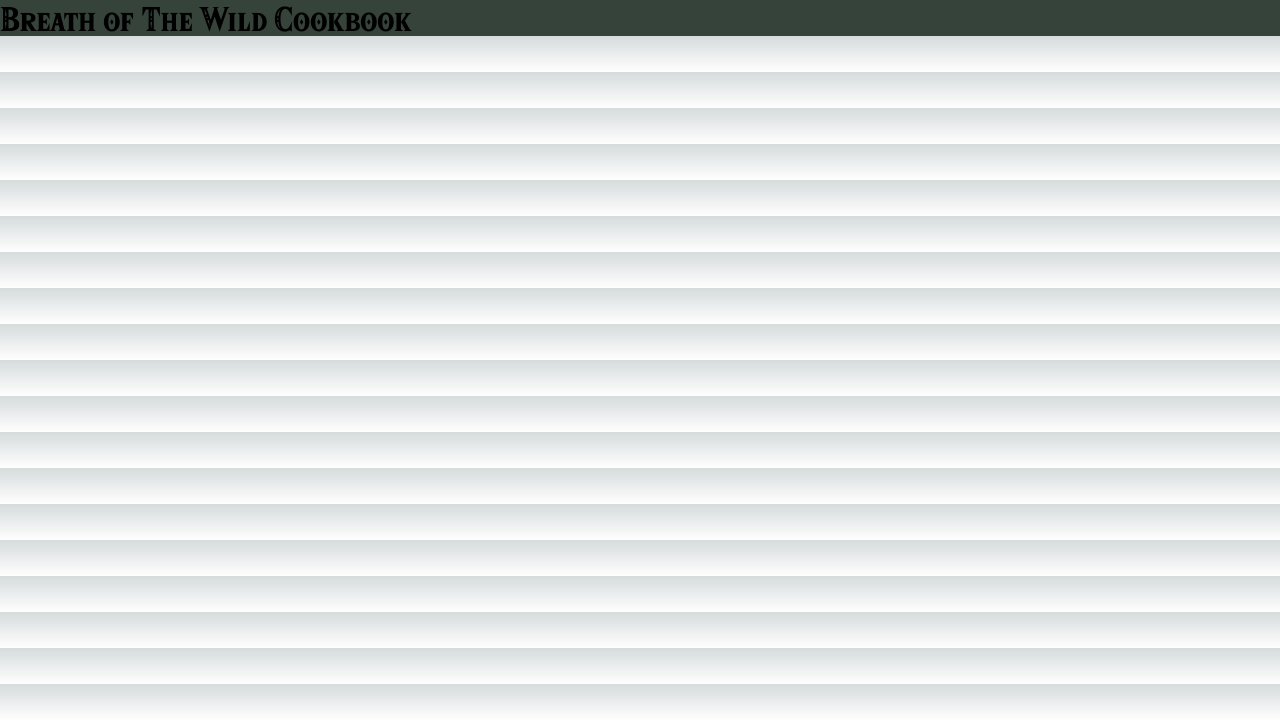
Repository: YanceMcFinn/Breath-of-The-Wild-Cookbook
Page: /
The author's editor kept a copy of each file at every save. The page is drawn from the files as they stood at one save, then again after the next save.
The browser window is 1280 px wide. The pictures show the whole page.
The page's requests for data from a server got no answer. The project was rebuilt for these pictures with package versions that can differ from the ones it lists, and the page was loaded fresh each time. The framework's server and built-in components were replaced by stand-ins that run in the browser. No one was signed in, and anything a server would have sent is missing. Also part of the build but not shown: next.config.js, src/app/components/Card.tsx.

Above is the page before, as saved 2023-08-16 13:35:04.

After the next save:
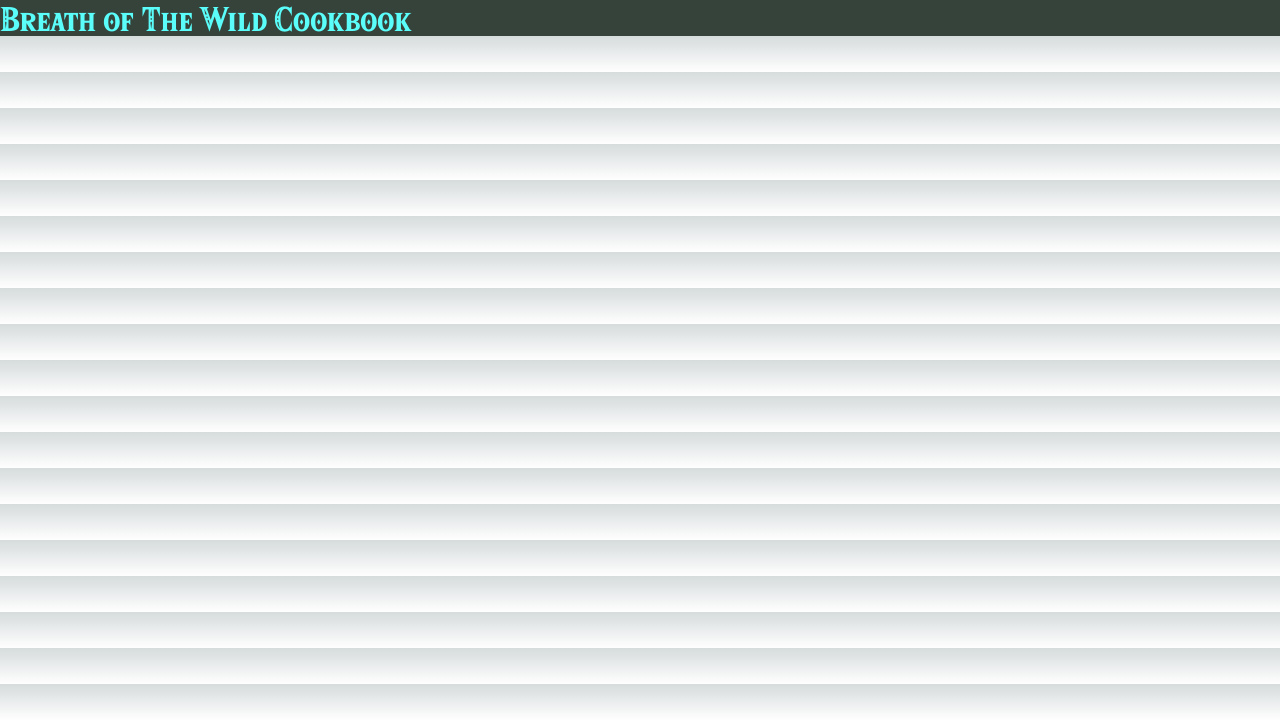
Saved 73 s later.
--- a/src/app/page.tsx
+++ b/src/app/page.tsx
@@ -21,7 +21,7 @@
   return (
     <main className='bg-sheikah-slate-bg'>
       <div>
-        <h1 className='hyliaFont text-3xl sheikah-slate-blue'>Breath of The Wild Cookbook</h1>
+        <h1 className='hyliaFont text-3xl text-sheikah-slate-blue'>Breath of The Wild Cookbook</h1>
       </div>
       <div className='px-5'>
         <div className='grid grid-cols-3 gap-3 px-5'>
